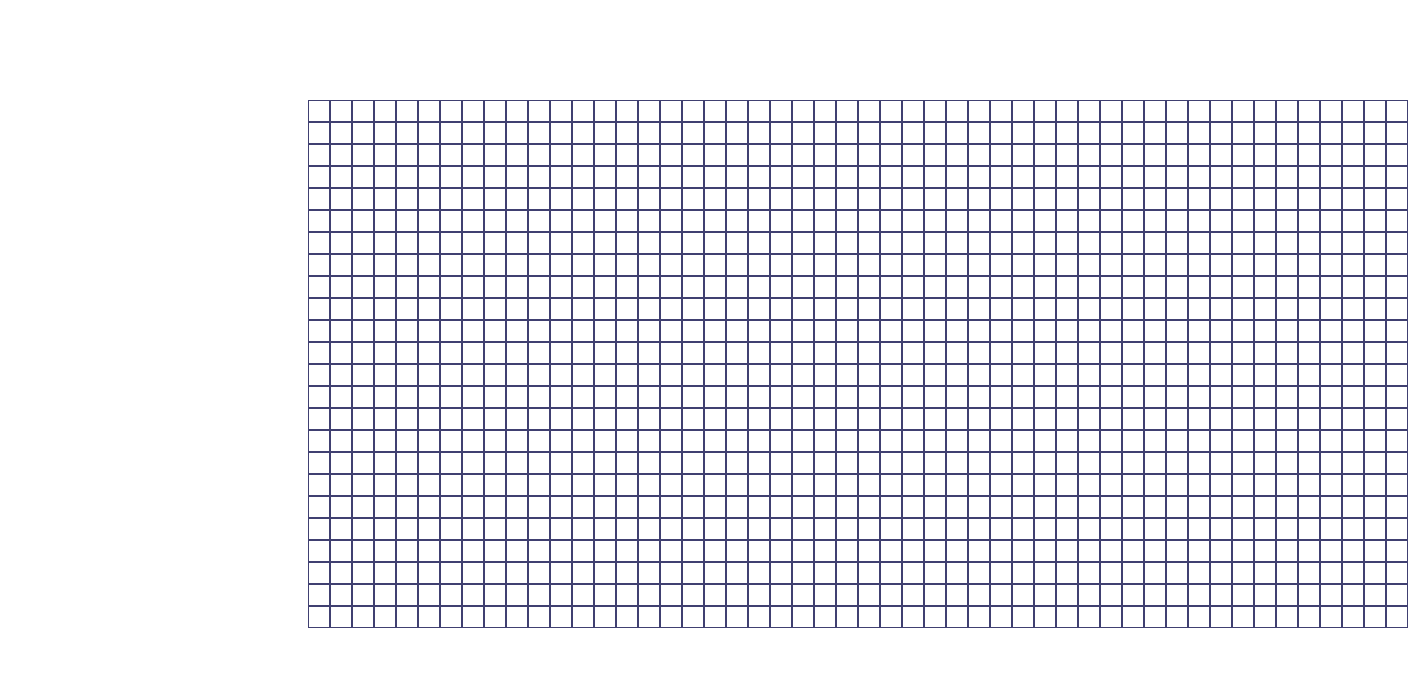
Repository: NikhilJohny/Pathfinding---ReactJS
Page: /
These files come from the project's save history. The page is drawn as it stood at one moment and after the next save; the edit follows.
The browser window is 1280 px wide. The page is 1408 px wide, so the pictures cover 1408 px, including what lies to the right of the window. The pictures show the whole page.
The project was rebuilt for these pictures with package versions that can differ from the ones it lists, and the page was loaded fresh each time.

Above is the page before, as saved 2021-05-06 12:53:08.

After the next save:
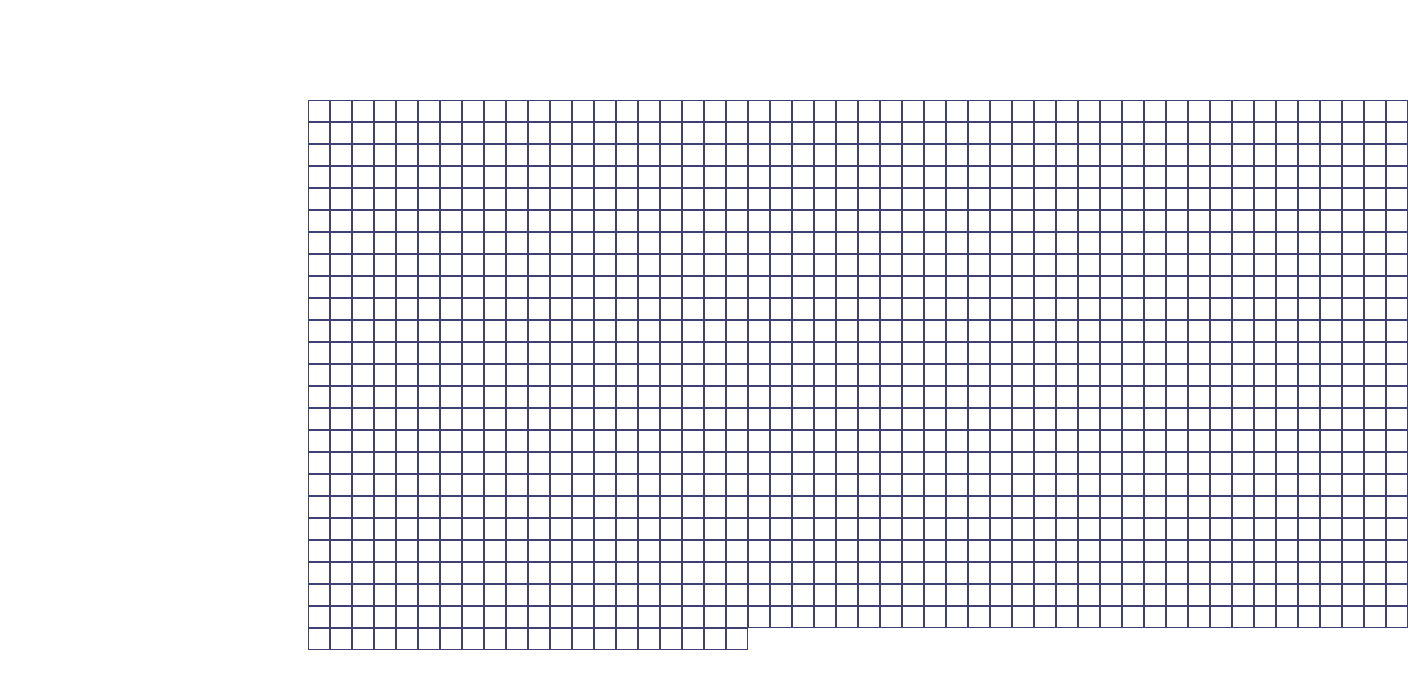
Saved 3 min 15 s later.
--- a/src/PathFindingView.js
+++ b/src/PathFindingView.js
@@ -7,7 +7,7 @@ const grid = () =>{
     const rowArray = [];
     for(let i = 0; i < 20; i++){
         const colArray = [];
-        for(let j = 0; j < 60; j++){
+        for(let j = 0; j < 61; j++){
             colArray.push(createNode(i,j));
         }
         rowArray.push(colArray);
